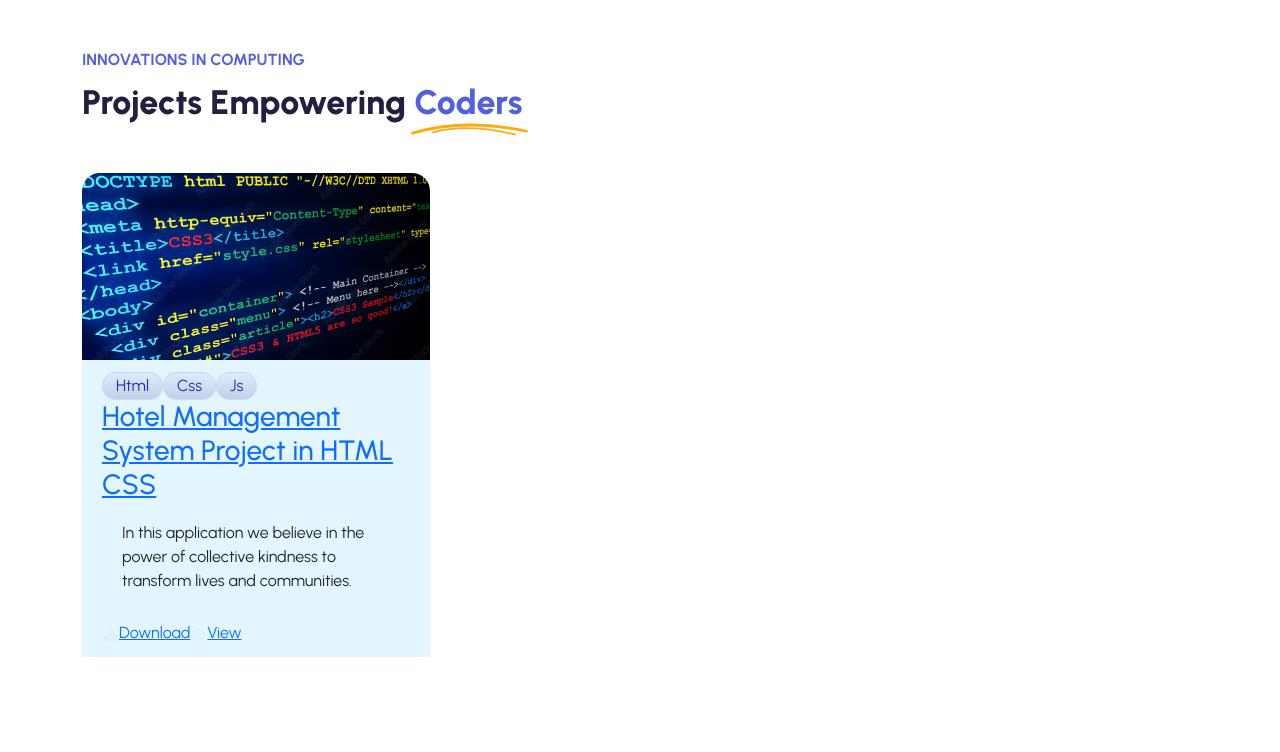
Repository: sharma171/jtccreativeideas
Page: /newsection (app in nextjssite/)
An editor plug-in stored every save of this project. The page is shown before and after the next save, followed by the edit.
The browser window is 1280 px wide. The pictures show the whole page.
The project was rebuilt for these pictures with package versions that can differ from the ones it lists, and the page was loaded fresh each time. The framework's server and built-in components were replaced by stand-ins that run in the browser. Also part of the build but not shown: nextjssite/next.config.mjs.

Above is the page before, as saved 2024-03-28 13:07:57.

### nextjssite/src/app/layout.js
// import { Inter } from "next/font/google";
// import "./globals.css";
import 'bootstrap/dist/css/bootstrap.min.css';

// const inter = Inter({ subsets: ["latin"] });

export const metadata = {
  title: "Create Next App",
  description: "Generated by create next app",
};

 const RootLayout = ({ children }) => {
  return (
    <html lang="en">
      <body>
        {/* Layout UI */}
        <main>{children}</main>
      </body>
    </html>
  )
}
export default RootLayout;

### nextjssite/src/app/newsection/page.jsx
import React from 'react'
import "./page.css"
import Headicon from "./after-head-icon.svg"
import Image from 'next/image'
import Link from 'next/link'
import Projimg1 from './images/projsection1.png'
import Projimg2 from './images/projsection2.png'
import Projimg3 from './images/projsection3.png'
import Downloadicon from './images/Download-icon.svg'
import Viewicon from './images/view-icon.svg'
const Page = () => {
    return(
        <>
        <section className="projects">
            <div className="container">
                <div className="col-flex main-head">
                    <h5 class="small-head">Innovations in Computing</h5>
                    <h3 className="bghead">Projects Empowering <span>Coders
                        <Image src={Headicon}></Image></span></h3>
                </div>
                <ul className="row-flex project-cards">
                    <li>

                            <div className="card-inner">
                                <Image src={Projimg1} alt="project" className="thumb"></Image>
                                <div className="info">
                                    <div className="tech-info">
                                        <span>Html</span>
                                        <span>Css</span>
                                        <span>Js</span>
                                    </div>
                                    <Link href="/newsection">
                                    <h3 className="heading">
                                        Hotel Management System Project in HTML CSS
                                    </h3>
                                    </Link>
                                    <p className="info">
                                        In this application we believe in the power of collective kindness to transform lives and communities.
                                    </p>
                                    <div className="card-button">
                                        <a href="" className="bot-button">
                                            <Image src={Downloadicon} alt='icon'></Image>
                                            Download
                                        </a>
                                        <a href="" className="bot-button">
                                            <Image src={Viewicon} alt='icon'></Image>
                                            View
                                        </a>
                                    </div>
                                </div>
                            </div>
                    </li>
                </ul>
            </div>
        </section>
        </>
    )
}
export default Page;

### nextjssite/src/app/newsection/page.css
@import url('https://fonts.googleapis.com/css2?family=Urbanist:ital,wght@0,100..900;1,100..900&display=swap');
* {
    font-family: "Urbanist", sans-serif;
    font-optical-sizing: auto;
}

section.projects {
    padding: 50px 0;
}
.main-head .small-head {
    color: #525fe1;
    font-size: 16px;
    font-weight: 700;
    text-transform: uppercase;
}
.main-head .bghead {
    color: #231f40;
    font-size: 34px;
    line-height: 1.5em;
    font-weight: 800;
}
.main-head .bghead span {
    color: #525fe1;
    position: relative;
}
.main-head .bghead span img {
    position: absolute;
    top: 100%;
    left: -5.9999999999999964px;
    width: 122.29999999999994px;
    height: 12.600000000000012px;
}
.project-cards {
    padding: 0;
    margin: 45px 0;
    list-style: none;
}
.project-cards li {
    width: calc(33.33333333333333% - 24px);
    border-top-left-radius: 18px;
    border-top-right-radius: 18px;
    background: #E3F5FF;
}
.project-cards li .card-inner {
    display: flex;
    flex-direction: column;
    width: 100%;
    border-top-left-radius: 18px;
    border-top-right-radius: 18px;
}
.project-cards li .card-inner .thumb {
    width: 100%;
    max-width: 100%;
    height: auto;
    object-fit: cover;
    border-top-left-radius: 18px;
    border-top-right-radius: 18px;
}
.project-cards li .card-inner .info {
    padding: 12px 20px;
    display: flex;
    flex-direction: column;
}

.project-cards li .card-inner .info .tech-info {
    display: flex;
    flex-direction: row;
    align-items: center;
}
.project-cards li .card-inner .info .tech-info span {
    height: 28px;
    font-size: 16px;
    color: #222FB0;
    padding: 0 13px;
    line-height: 16px;
    background: linear-gradient(181deg, #d2d7f152, #C0D0E7);
    align-content: center;
    border-radius: 19px;
    border: 1px solid #ccd3fbc2;
}

After the next save:
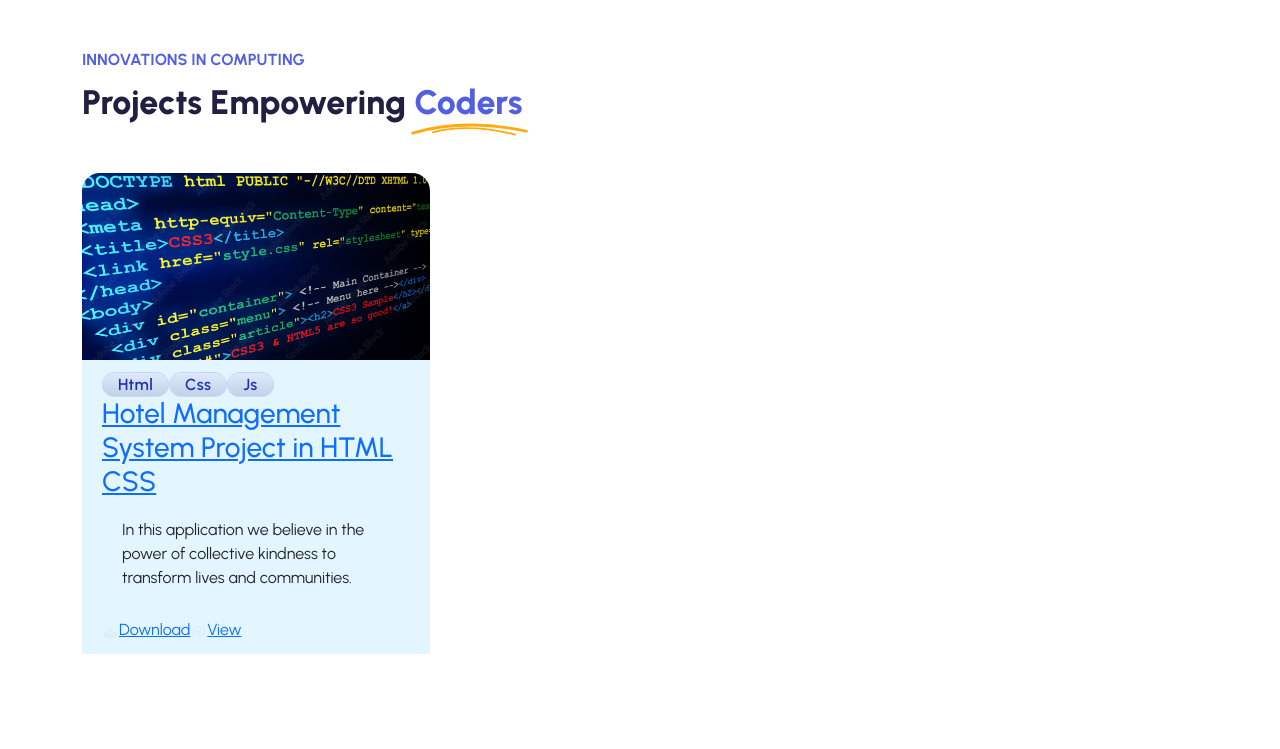
Saved 112 s later.
--- a/nextjssite/src/app/newsection/page.css
+++ b/nextjssite/src/app/newsection/page.css
@@ -68,10 +68,12 @@ section.projects {
     align-items: center;
 }
 .project-cards li .card-inner .info .tech-info span {
-    height: 28px;
+    height: 25px;
     font-size: 16px;
     color: #222FB0;
-    padding: 0 13px;
+    padding: 0 15px;
+    font-weight: 600;
+    letter-spacing: 0.3px;
     line-height: 16px;
     background: linear-gradient(181deg, #d2d7f152, #C0D0E7);
     align-content: center;
